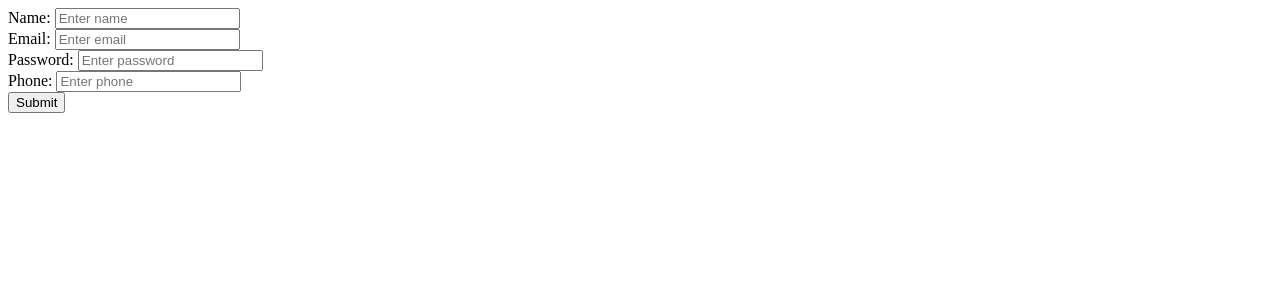
Repository: jaypatil2003dev/SpringBoot
Page: http://localhost/SB-01-MVC-Project/register.jsp
These files come from the project's save history. The page is drawn as it stood at one moment and after the next save; the edit follows.
The browser window is 1280 px wide. The pictures show the whole page.
The page is served by Tomcat 9.

Above is the page before, as saved 2025-12-08 19:02:03.

After the next save:
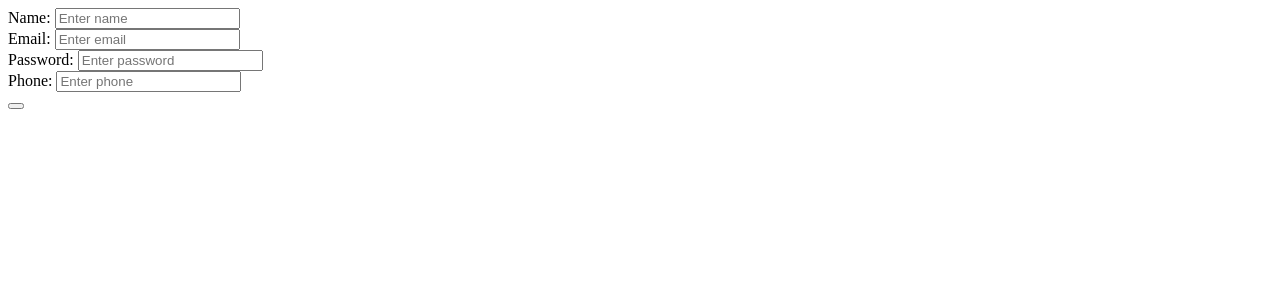
Saved 2 min 20 s later.
--- a/SB-01-MVC-Project/src/main/webapp/register.jsp
+++ b/SB-01-MVC-Project/src/main/webapp/register.jsp
@@ -21,7 +21,7 @@
         <label>Phone:</label>
        <input type="number" name="phone" placeholder="Enter phone" required> <br>
 
-       <input type="button" value="Submit">
+         <button type="submit"></button>
 
      </form>
 

After the save that followed:
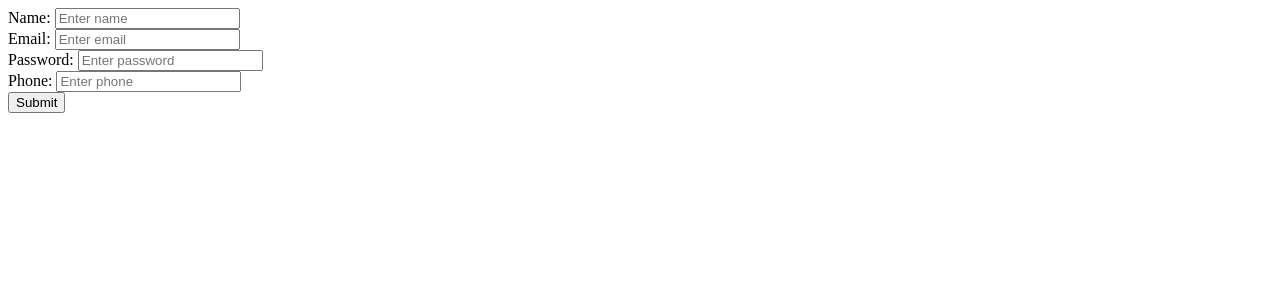
Saved 6 s later.
--- a/SB-01-MVC-Project/src/main/webapp/register.jsp
+++ b/SB-01-MVC-Project/src/main/webapp/register.jsp
@@ -21,7 +21,7 @@
         <label>Phone:</label>
        <input type="number" name="phone" placeholder="Enter phone" required> <br>
 
-         <button type="submit"></button>
+         <button type="submit">Submit</button>
 
      </form>
 
